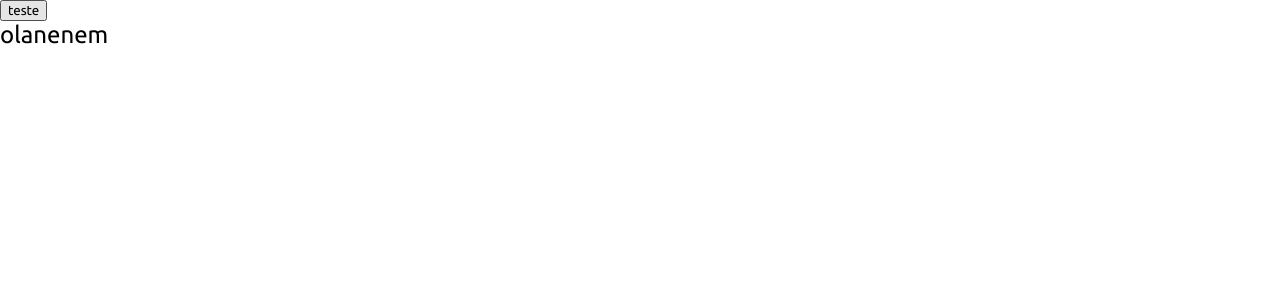
Repository: diegoids/chuck-jokes
Page: /joke/olanenem
These files come from the project's save history. The page is drawn as it stood at one moment and after the next save; the edit follows.
The browser window is 1280 px wide. The pictures show the whole page.
The project was rebuilt for these pictures with package versions that can differ from the ones it lists, and the page was loaded fresh each time. Also part of the build but not shown: src/shared/Wrapper/Wrapper.style.scss, src/components/NavBar/NavBar.style.scss.

Above is the page before, as saved 2021-01-13 14:27:57.

### src/routes.tsx
import React, { lazy, Suspense } from 'react';
import {
  BrowserRouter as Router,
  Switch,
  Route
} from 'react-router-dom';

export const ROUTES = {
  HOME: '/',
  JOKE: '/joke'
}

const Home = lazy(() => import('./views/home/Home'));
const Joke = lazy(() => import('./views/joke/Joke'));

const Routes = () => (
  <Router>
    <Suspense fallback={(<div>loading</div>)}>
      <Switch>
        <Route path={ ROUTES.HOME } exact component={ Home } />
        <Route path={ `${ROUTES.JOKE}/:category` } exact component={ Joke } />
        <Route path="*" component={ Home }
        />
      </Switch>
    </Suspense>
  </Router>
);

export default Routes;

### src/config/styles/theme.global.scss
@import url('https://fonts.googleapis.com/css2?family=Ubuntu:ital,wght@0,400;0,700;1,400&display=swap');

body * {
  font-weight: 400;
  font-family: 'Ubuntu', sans-serif;
  -webkit-font-smoothing: antialiased;
  -moz-osx-font-smoothing: grayscal;
  -webkit-overflow-scrolling: touch;
  box-sizing: border-box;
}

a {
  text-decoration: none;
}

strong {
  font-weight: 700;
}

html, body, div, span, applet, object, iframe, h1, h2, h3, h4, h5, h6,
p, blockquote, pre, a, abbr, acronym, address, big, cite, code, del, dfn,
em, img, ins, kbd, q, s, samp, small, strike, strong, sub, sup, tt, var,
b, u, i, center, dl, dt, dd, ol, ul, li, fieldset, form, label, legend,
table, caption, tbody, tfoot, thead, tr, th, td, article, aside, canvas,
details, embed, figure, figcaption, footer, header, hgroup, menu, nav,
output, ruby, section, summary, time, mark, audio, video {
  margin: 0;
  padding: 0;
  border: 0;
  vertical-align: baseline;
}

ol, ul {
  list-style: none;
}

html, body {
  height: 100%;
  width: 100%;
}

### src/views/joke/Joke.tsx
import React  from 'react';
import { useParams } from "react-router";

import Wrapper from '../../shared/Wrapper/Wrapper';
import NavBar  from '../../components/NavBar/NavBar';
interface ParamTypes {
  category: string
}

const Joke = () => {
  const { category } = useParams<ParamTypes>();

  return (
    <Wrapper>
      <NavBar category={category} />
    </Wrapper>
  );
};

export default Joke;

### src/shared/Wrapper/Wrapper.tsx
import React from 'react';

import './Wrapper.style.scss';

const Wrapper: React.FC = ({ children }) => {
  return (
    <main className="app-wrapper">
      { children }
    </main>
  );
};

export default Wrapper;

### src/components/NavBar/NavBar.tsx
import React  from 'react';
import { Link } from 'react-router-dom'
import { ROUTES } from '../../routes'

import Button from '../../shared/Button/Button';

import './NavBar.style.scss';

interface Props {
  category: string
}

const CategoriesList: React.FC<Props> = ({ category }) => {
  return (
    <nav className="app-nav-bar">
      <Link to={ ROUTES.HOME }>
        <Button label={'teste'} layout={'back'} />
      </Link>

      <h1 className="app-nav-bar__category">
        { category }
      </h1>
    </nav>
  );
};

export default CategoriesList;

### src/shared/Button/Button.tsx
import React from 'react';

interface Props {
  label: string;
  layout?: 'primary' | 'secundary' | 'back';
}

const Button: React.FC<Props> = ({ label, layout }) => {
  const addClass = !!layout ? `app-button--${layout}` : '';

  return (
    <button className={`app-button ${addClass}`}>{ label }</button>
  );
};

export default Button;

Loaded but not shown: public/index.html (common file); src/index.tsx (common file); src/App.tsx (common file)

After the next save:
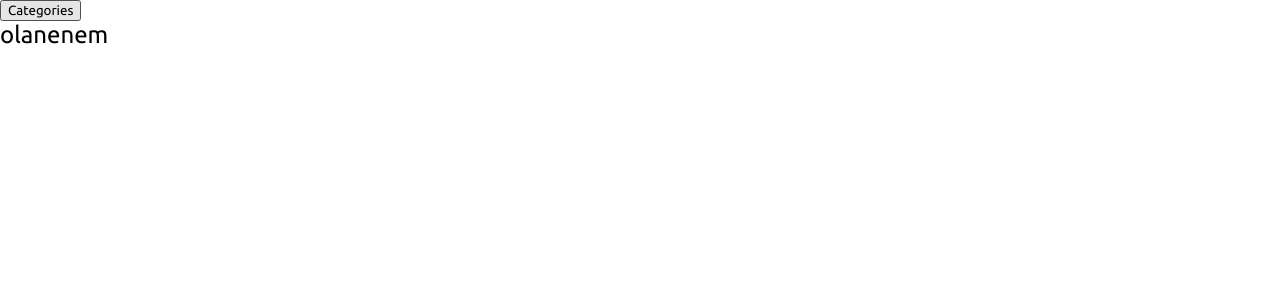
Saved 35 s later.
--- a/src/components/NavBar/NavBar.tsx
+++ b/src/components/NavBar/NavBar.tsx
@@ -14,7 +14,7 @@
   return (
     <nav className="app-nav-bar">
       <Link to={ ROUTES.HOME }>
-        <Button label={'teste'} layout={'back'} />
+        <Button label={'Categories'} layout={'back'} />
       </Link>
 
       <h1 className="app-nav-bar__category">
